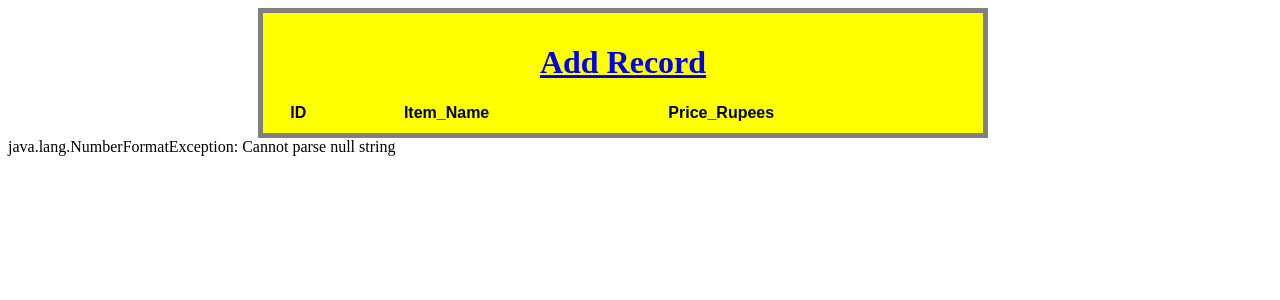
Repository: prathameshhhh12/PizzaShop
Page: http://localhost/Pizzashop/addeditCustomer.jsp
The author's editor kept a copy of each file at every save. The page is drawn from the files as they stood at one save, then again after the next save.
The browser window is 1280 px wide. The pictures show the whole page.
The page is served by Tomcat 9. Queries for data that is not in the repository find no rows.

Above is the page before, as saved 2023-02-16 16:42:41.

After the next save:
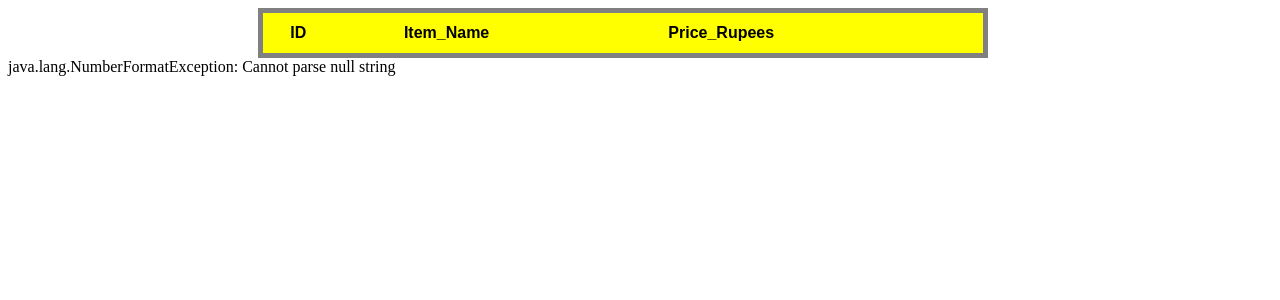
Saved 39 s later.
--- a/Pizzashop/WebContent/addeditCustomer.jsp
+++ b/Pizzashop/WebContent/addeditCustomer.jsp
@@ -2,9 +2,7 @@
 <%@ page import ="java.sql.*"%>
 
 <div class="main">
-<center>
-<h1><a href="addcustomer.jsp">Add Record</a></h1>
-</center>
+
 
 <table>
 <tr>
@@ -16,7 +14,7 @@
 try{
 	  Connection con = DbConnection.init();
       Statement st = con.createStatement();
-      String strQuery = "SELECT * FROM items";
+      String strQuery = "SELECT * FROM members";
       ResultSet rs = st.executeQuery(strQuery);
       while(rs.next()){
 
